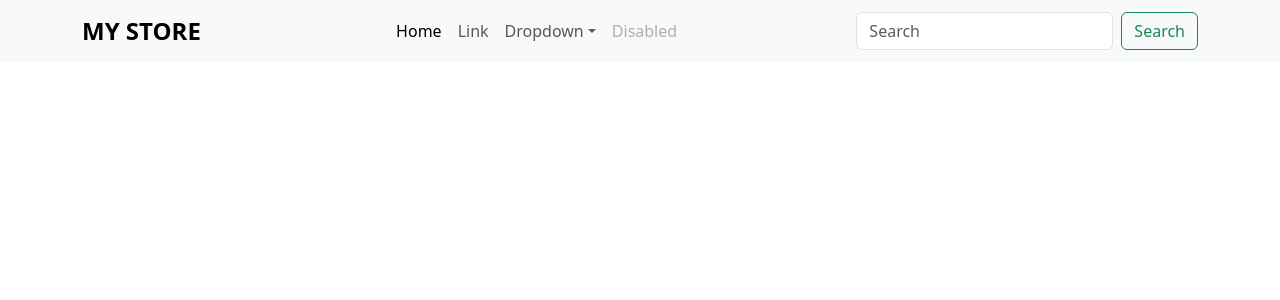
Repository: asad3407886839/E-commerce-Store
Page: / (app in vite-project/)
An editor plug-in stored every save of this project. The page is shown before and after the next save, followed by the edit.
The browser window is 1280 px wide. The pictures show the whole page.
The project was rebuilt for these pictures with package versions that can differ from the ones it lists, and the page was loaded fresh each time. Also part of the build but not shown: vite-project/vite.config.js, vite-project/src/index.css.

Above is the page before, as saved 2024-06-29 15:04:31.

### vite-project/src/main.jsx
import React from 'react'
import ReactDOM from 'react-dom/client'
import App from './App.jsx'
import './index.css'
import '../node_modules/bootstrap/dist/css/bootstrap.min.css'
import '../node_modules/bootstrap/dist/js/bootstrap.bundle'
// import 'font-awesome/css/font-awesome.min.css'

ReactDOM.createRoot(document.getElementById('root')).render(

    <App />
)

### vite-project/src/components/Navbar.jsx
import React from 'react';

const Navbar = () => {
  return (
    <div>
      <nav className="navbar navbar-expand-lg bg-body-tertiary">
        <div className="container">
          <a className="navbar-brand fw-bold fs-4" href="#">MY STORE</a>
          <button
            className="navbar-toggler"
            type="button"
            data-bs-toggle="collapse"
            data-bs-target="#navbarSupportedContent"
            aria-controls="navbarSupportedContent"
            aria-expanded="false"
            aria-label="Toggle navigation"
          >
            <span className="navbar-toggler-icon"></span>
          </button>
          <div className="collapse navbar-collapse" id="navbarSupportedContent">
            <ul className="navbar-nav mx-auto mb-2 mb-lg-0">
              <li className="nav-item">
                <a className="nav-link active" aria-current="page" href="#">Home</a>
              </li>
              <li className="nav-item">
                <a className="nav-link" href="#">Link</a>
              </li>
              <li className="nav-item dropdown">
                <a
                  className="nav-link dropdown-toggle"
                  href="#"
                  role="button"
                  data-bs-toggle="dropdown"
                  aria-expanded="false"
                >
                  Dropdown
                </a>
                <ul className="dropdown-menu">
                  <li><a className="dropdown-item" href="#">Action</a></li>
                  <li><a className="dropdown-item" href="#">Another action</a></li>
                  <li><hr className="dropdown-divider" /></li>
                  <li><a className="dropdown-item" href="#">Something else here</a></li>
                </ul>
              </li>
              <li className="nav-item">
                <a className="nav-link disabled" aria-disabled="true">Disabled</a>
              </li>
            </ul>
            <form className="d-flex" role="search">
              <input className="form-control me-2" type="search" placeholder="Search" aria-label="Search" />
              <button className="btn btn-outline-success" type="submit">Search</button>
            </form>
          </div>
        </div>
      </nav>
    </div>
  );
};

export default Navbar;

Loaded but not shown: vite-project/index.html (common file); vite-project/src/App.jsx (common file)

After the next save:
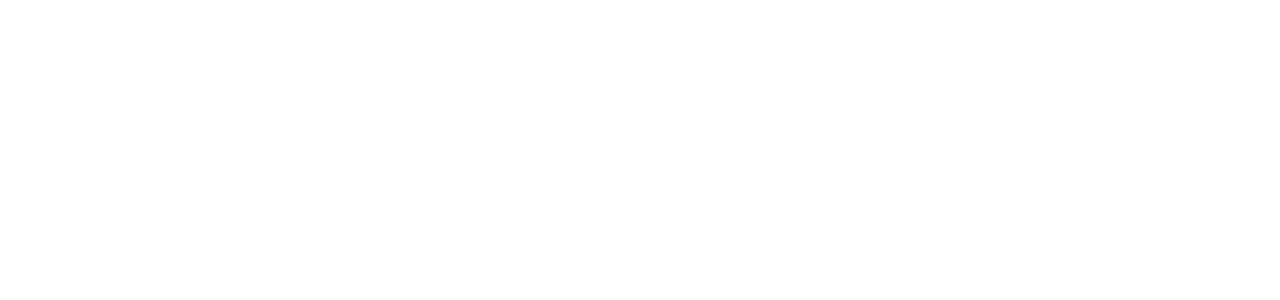
Console error: ReferenceError: NavLink is not defined
Saved 112 s later.
--- a/vite-project/src/components/Navbar.jsx
+++ b/vite-project/src/components/Navbar.jsx
@@ -3,49 +3,29 @@
 const Navbar = () => {
   return (
     <div>
-      <nav className="navbar navbar-expand-lg bg-body-tertiary">
-        <div className="container">
-          <a className="navbar-brand fw-bold fs-4" href="#">MY STORE</a>
-          <button
-            className="navbar-toggler"
-            type="button"
-            data-bs-toggle="collapse"
-            data-bs-target="#navbarSupportedContent"
-            aria-controls="navbarSupportedContent"
-            aria-expanded="false"
-            aria-label="Toggle navigation"
-          >
-            <span className="navbar-toggler-icon"></span>
-          </button>
-          <div className="collapse navbar-collapse" id="navbarSupportedContent">
-            <ul className="navbar-nav mx-auto mb-2 mb-lg-0">
-              <li className="nav-item">
-                <a className="nav-link active" aria-current="page" href="#">Home</a>
-              </li>
-              <li className="nav-item">
-                <a className="nav-link" href="#">Link</a>
-              </li>
-              <li className="nav-item dropdown">
-                <a
-                  className="nav-link dropdown-toggle"
-                  href="#"
-                  role="button"
-                  data-bs-toggle="dropdown"
-                  aria-expanded="false"
-                >
-                  Dropdown
-                </a>
-                <ul className="dropdown-menu">
-                  <li><a className="dropdown-item" href="#">Action</a></li>
-                  <li><a className="dropdown-item" href="#">Another action</a></li>
-                  <li><hr className="dropdown-divider" /></li>
-                  <li><a className="dropdown-item" href="#">Something else here</a></li>
-                </ul>
-              </li>
-              <li className="nav-item">
-                <a className="nav-link disabled" aria-disabled="true">Disabled</a>
-              </li>
-            </ul>
+    <nav className="navbar navbar-expand-lg navbar-light bg-light">
+                <div className="container-fluid py-2">
+
+                    <button className="navbar-toggler" type="button" data-bs-toggle="collapse" data-bs-target="#navbarSupportedContent" aria-controls="navbarSupportedContent" aria-expanded="false" aria-label="Toggle navigation">
+                        <span className="navbar-toggler-icon"></span>
+                    </button>
+                    <div className="collapse navbar-collapse" id="navbarSupportedContent">
+                        <ul className="navbar-nav me-auto mb-2 mb-lg-0">
+                            <li className="nav-item">
+                                <NavLink className="nav-link" aria-current="page" to="/">Home</NavLink>
+                            </li>
+                            <li className="nav-item">
+                                <NavLink className="nav-link" to="/products">Product</NavLink>
+                            </li>
+                            <li className="nav-item">
+                                <NavLink className="nav-link" to="/about">About</NavLink>
+                            </li>
+                            <li className="nav-item">
+                                <NavLink className="nav-link" to="/contact">Contact</NavLink>
+                            </li>
+
+
+                        </ul>
             <form className="d-flex" role="search">
               <input className="form-control me-2" type="search" placeholder="Search" aria-label="Search" />
               <button className="btn btn-outline-success" type="submit">Search</button>

After the 4 saves that followed:
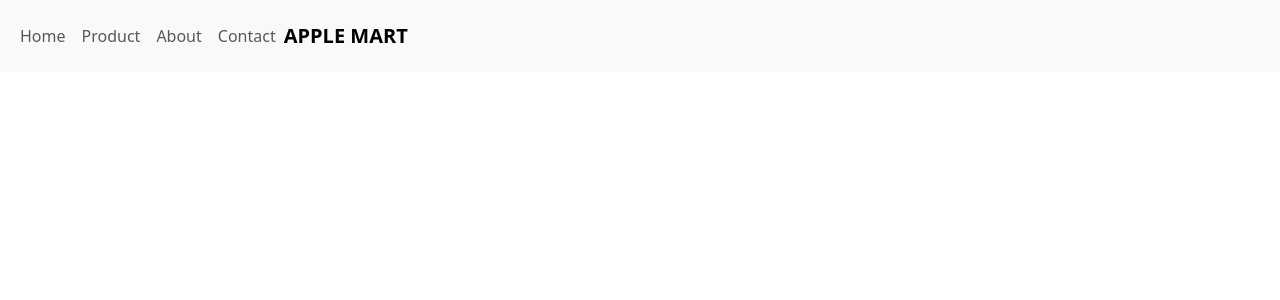
The error is gone.
The 4 saves are shown as one change because 1 did not build or start and 2 left the picture as it was.
The last was saved 4 min 5 s later.
--- a/vite-project/src/components/Navbar.jsx
+++ b/vite-project/src/components/Navbar.jsx
@@ -3,36 +3,36 @@
 const Navbar = () => {
   return (
     <div>
-    <nav className="navbar navbar-expand-lg navbar-light bg-light">
+       <nav className="navbar navbar-expand-lg navbar-light bg-light">
                 <div className="container-fluid py-2">
 
-                    <button className="navbar-toggler" type="button" data-bs-toggle="collapse" data-bs-target="#navbarSupportedContent" aria-controls="navbarSupportedContent" aria-expanded="false" aria-label="Toggle navigation">
-                        <span className="navbar-toggler-icon"></span>
-                    </button>
+                    <buthrefn className="navbar-hrefggler" type="buthrefn" data-bs-hrefggle="collapse" data-bs-target="#navbarSupportedContent" aria-controls="navbarSupportedContent" aria-expanded="false" aria-label="hrefggle navigation">
+                        <span className="navbar-hrefggler-icon"></span>
+                    </buthrefn>
                     <div className="collapse navbar-collapse" id="navbarSupportedContent">
-                        <ul className="navbar-nav me-auto mb-2 mb-lg-0">
+                        <ul className="navbar-nav me-auhref mb-2 mb-lg-0">
                             <li className="nav-item">
-                                <NavLink className="nav-link" aria-current="page" to="/">Home</NavLink>
+                                <a className="nav-link" aria-current="page" href="/">Home</a>
                             </li>
                             <li className="nav-item">
-                                <NavLink className="nav-link" to="/products">Product</NavLink>
+                                <a className="nav-link" href="/products">Product</a>
                             </li>
                             <li className="nav-item">
-                                <NavLink className="nav-link" to="/about">About</NavLink>
+                                <a className="nav-link" href="/about">About</a>
                             </li>
                             <li className="nav-item">
-                                <NavLink className="nav-link" to="/contact">Contact</NavLink>
+                                <a className="nav-link" href="/contact">Contact</a>
                             </li>
 
 
                         </ul>
-            <form className="d-flex" role="search">
-              <input className="form-control me-2" type="search" placeholder="Search" aria-label="Search" />
-              <button className="btn btn-outline-success" type="submit">Search</button>
-            </form>
-          </div>
-        </div>
-      </nav>
+                    <a className="navbar-brand mx-auhref fw-bold" href="/">APPLE MART</a>
+                   {/*  <Login/>
+                    <Signup/>
+                    <CartBtn/> */}
+                    </div>
+                </div>
+            </nav>
     </div>
   );
 };
